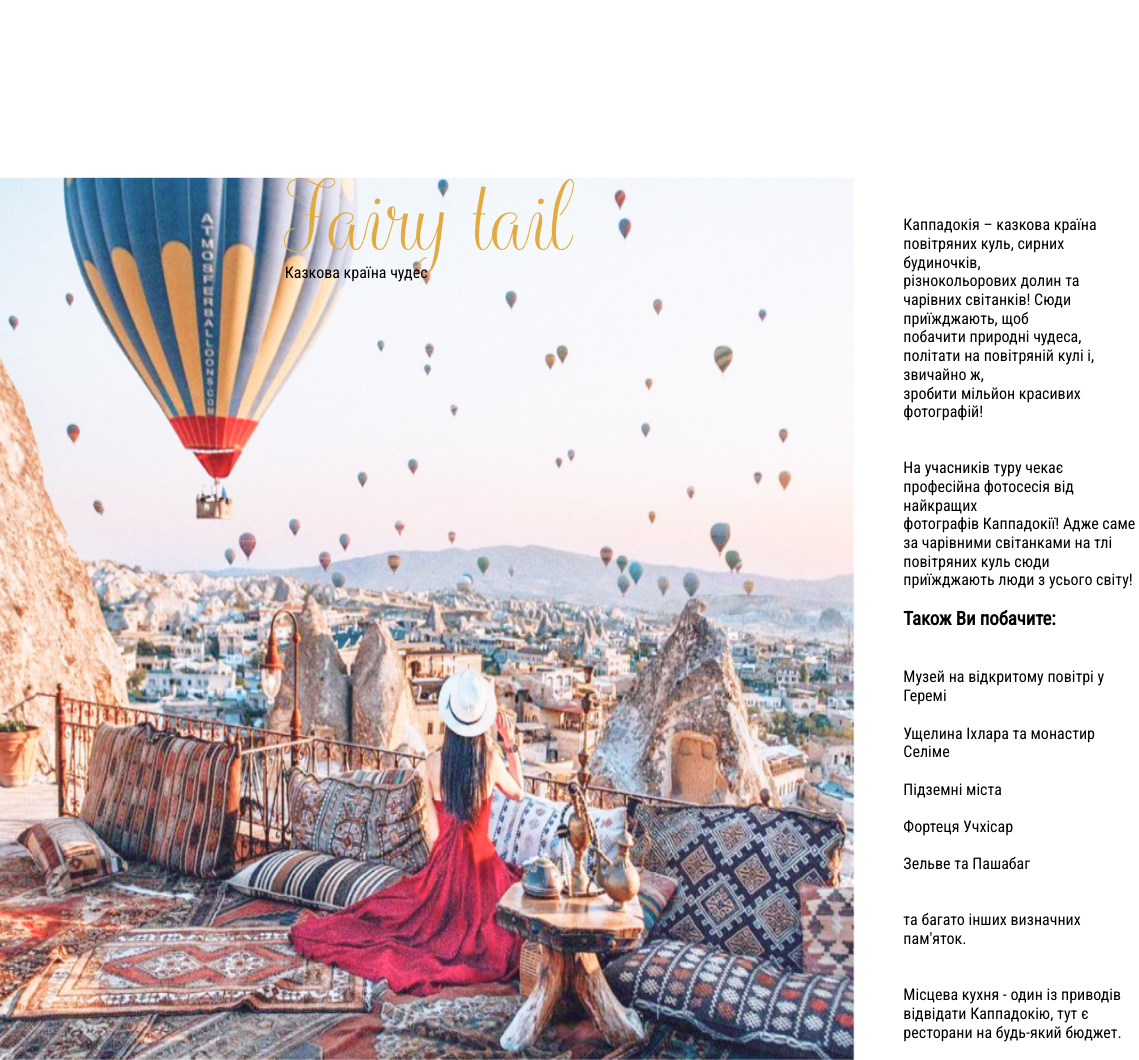
Repository: KYUUBI-K/cappadocia
Page: index.html
These files come from the project's save history. The page is drawn as it stood at one moment and after the next save; the edit follows.
The browser window is 1280 px wide. The pictures show the part of the page from y = 720 to 1911 px (the page is 1911 px tall), at 89% of full size.

Above is the page before, as saved 2025-08-17 19:25:11.

After the next save:
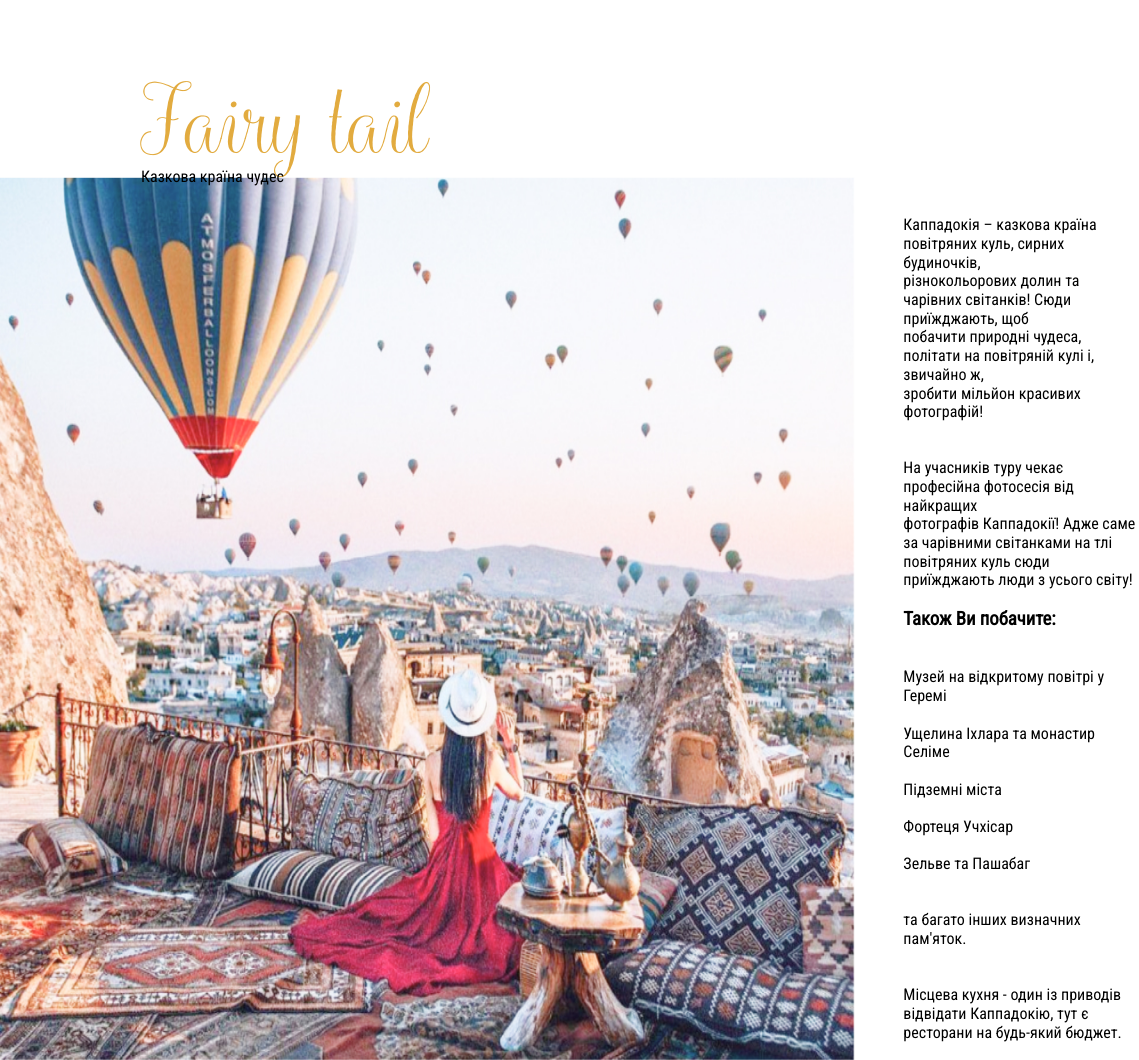
Saved 4 s later.
--- a/styles.css
+++ b/styles.css
@@ -178,7 +178,7 @@ body {
 }
 
 .section-title {
-  /* transform: translate(-50%, -50%); */
+  transform: translate(-50%, -50%);
 
   position: absolute;
 
